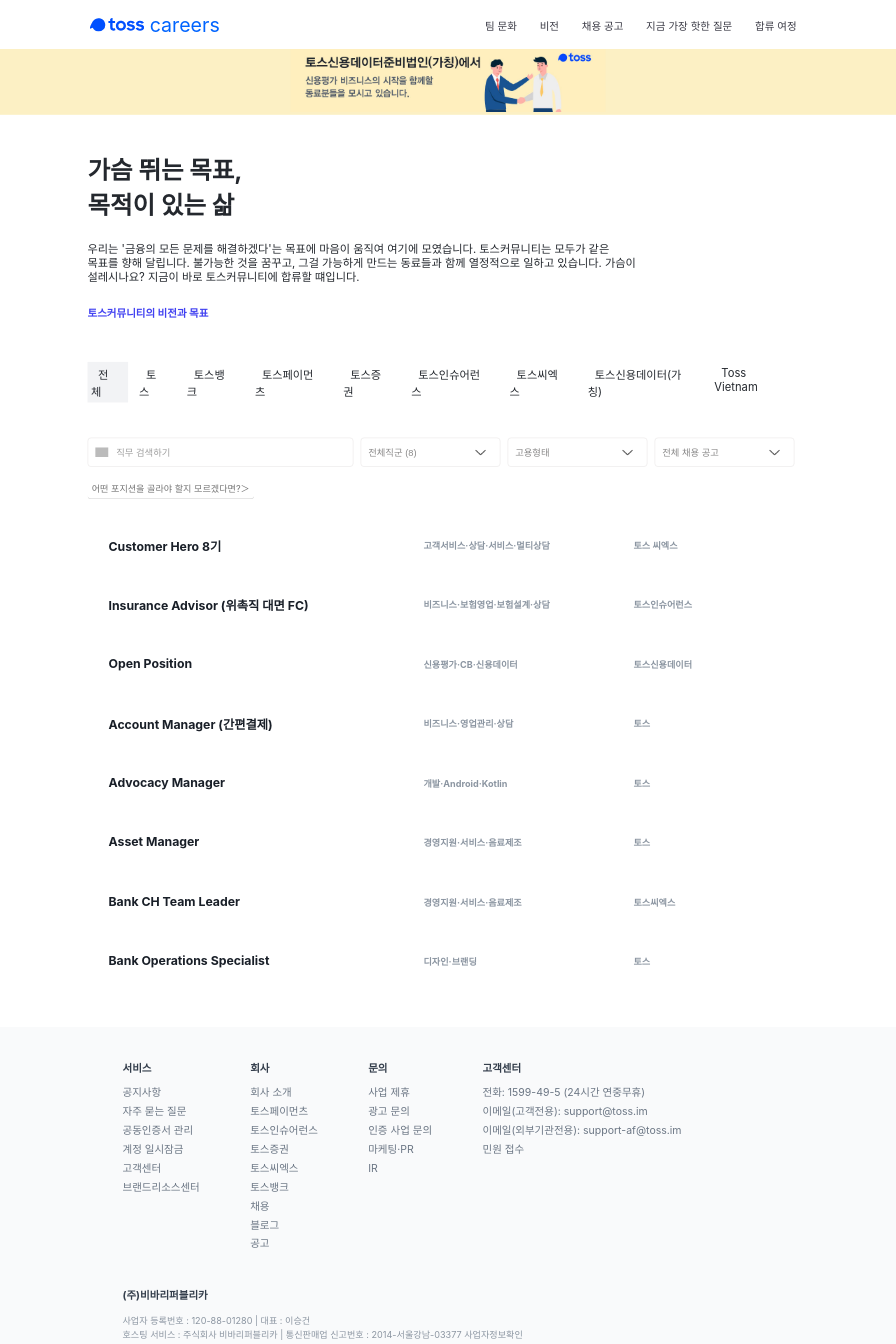
Repository: Tossproject/tossProject
Page: common/career_job.html
An editor plug-in stored every save of this project. The page is shown before and after a run of saves, followed by the edit.
The browser window is 1280 px wide. The pictures show the part of the page from y = 0 to 1920 px (the page is 2486 px tall before and 2468 px after), at 70% of full size.
Pictures or frames that could not be fetched are drawn as grey boxes. A picture or video elsewhere on the page could not be fetched, so the positions and the page height are approximate.

Above is the page before, as saved 2022-01-18 23:38:40.

### common/career_job.html
<!DOCTYPE html>
<html lang="ko">

<head>
    <meta charset="UTF-8">
    <meta http-equiv="X-UA-Compatible" content="IE=edge">
    <meta name="viewport" content="width=device-width, initial-scale=1.0">
    <title>토스채용</title>
    <link rel="stylesheet" href="../css/common.css">
    <link rel="stylesheet" href="../css/career_job.css">
    <link rel="shortcut icon" href="https://static.toss.im/tds/favicon/favicon.ico">
</head>
</head>

<body>
    <div class="container">
        <!-- header -->
        <header>
            <nav class="toss_nav">
                <div class="navicon">
                    <a href="#" class="logo"><img src="../images/logo.svg" alt="toss"><span> careers</span></a>
                    <div class="trigger">
                        <span class="icon"></span>
                        <span class="icon2"></span>
                    </div>
                </div>
                <ul>
                    <li><a href="#">팀 문화</a></li>
                    <li><a href="#">비전</a></li>
                    <li><a href="#">채용 공고</a></li>
                    <li><a href="#">지금 가장 핫한 질문</a></li>
                    <li><a href="#">합류 여정</a></li>
                </ul>
            </nav>
        </header>
        <!--섹션 1-->
        <section>
            <div class="banner">
                <a href="#">
                <div class="banner-center">
                   <img src="../images/career_banner.jpg" alt="토스신용데이터준비법인(가칭)에서 신용평가 비즈니스의 시작을 함꼐할 동료분들을 모시고 있습니다.">
                </div>
                 </a>
            </div>


        </section>

        <!--섹션 2-->
        <section>
            <div class="goal-box">
                <div class="goal-center">
                    <div class="goal-text">
                        <h1>가슴 뛰는 목표,<br>
                        목적이 있는 삶</h1>
                        <p>우리는 '금융의 모든 문제를 해결하겠다'는 목표에 마음이 움직여 여기에 모였습니다. 토스커뮤니티는 모두가 같은<br>
                        목표를 향해 달립니다. 불가능한 것을 꿈꾸고, 그걸 가능하게 만드는 동료들과 함께 열정적으로 일하고 있습니다. 가슴이<br>
                        설레시나요? 지금이 바로 토스커뮤니티에 합류할 떄입니다.</p>
                        <a href="#">토스커뮤니티의 비전과 목표</a>

                    </div>
                    <div class="list">
                        <ul>
                            <li class="div2 list-active"><a href="#">전체</a></li>
                            <li class="div2"><a href="#">토스</a></li>
                            <li class="div2"><a href="#">토스뱅크</a></li>
                            <li class="div2"><a href="#">토스페이먼츠</a></li>
                            <li class="div2"><a href="#">토스증권</a></li>
                            <li class="div2"><a href="#">토스인슈어런스</a></li>
                            <li class="div2"><a href="#">토스씨엑스</a></li>
                            <li class="div2"><a href="#">토스신용데이터(가칭)</a></li>
                            <li class="div2"><a href="#">Toss Vietnam</a></li>
                        </ul>

                    </div>

                </div>
            </div>

        </section>

        <!-- 섹션 3-->

        <section>
           <div class="input-box">
            <div class="input-center">
                <form class="all-box">
                    <input type="text" name="search" class="select" id="slect" placeholder="직무 검색하기">

                    <select name="select" id="select" >
                        <option value="Allselect">전체직군 (8)</option>
                        <option value="Communication" >Communication (3)</option>
                        <option value="CoreSystem">Core System (2)</option>
                        <option value="Business">Business (1)</option>
                        <option value="Data">Data (1)</option>
                        <option value="Design">Design (1)</option>



                    </select>

                    <select name="select" id="select" class="time-box">
                        <option value="고용형태">고용형태</option>
                        <option value="short">단기계약직</option>
                        <option value="정규직">정규직</option>
                        <option value="계약직">계약직</option>
                        <option value="위촉직">위촉직</option>
                    </select>

                    <select name="select" id="select">
                        <option value="전체 채용 공고">전체 채용 공고</option>
                        <option value="채용중인 공고">채용중인 공고</option>
                        <option value="인재풀">인재풀</option>


                    </select>

                </form>
                <a href="#">어떤 포지션을 골라야 할지 모르겠다면?＞</a>

                <div class="text-box">
                    <a href="#" class="servise">
                        <div class="hero">
                            <h3>Customer Hero 8기</h3>
                        </div>

                        <div class="customer">
                            <p>고객서비스·상담·서비스·멀티상담</p>
                        </div>

                        <div class="cx">
                            <p>토스 씨엑스</p>
                        </div>
                    </a>

                    <a href="#" class="servise">
                        <div class="hero">
                            <h3>Insurance Advisor (위촉직 대면 FC)</h3>
                        </div>
                        <div class="customer">
                            <p>비즈니스·보험영업·보험설계·상담</p>
                        </div>
                        <div class="cx">
                            <p>토스인슈어런스</p>
                        </div>
                    </a>

                    <a href="#" class="servise">
                        <div class="hero">
                            <h3>Open Position</h3>
                        </div>
                        <div class="customer">
                            <p>신용평가·CB·신용데이터</p>
                        </div>
                        <div class="cx">
                            <p>토스신용데이터</p>
                        </div>
                    </a>



                        <a href="#" class="core">
                            <div class="hero">
                                <h3>Account Manager (간편결제)</h3>
                            </div>
                            <div class="customer">
                                <p>비즈니스·영업관리·상담</p>
                            </div>
                            <div class="cx">
                                <p>토스</p>
                            </div>
                        </a>



                        <a href="#" class="core">
                            <div class="hero">
                                <h3>Advocacy Manager</h3>
                            </div>
                            <div class="customer">
                                <p>개발·Android·Kotlin</p>
                            </div>
                            <div class="cx">
                                <p>토스</p>
                            </div>
                        </a>



                        <a href="#" class="business">
                            <div class="hero">
                                <h3>Asset Manager</h3>
                            </div>
                            <div class="customer">
                                <p>경영지원·서비스·음료제조</p>
                            </div>
                            <div class="cx">
                                <p>토스</p>
                            </div>
                        </a>



                    <a href="#" class="special">
                        <div class="hero">
                            <h3>Bank CH Team Leader</h3>
                        </div>
                        <div class="customer">
                            <p>경영지원·서비스·음료제조</p>
                        </div>
                        <div class="cx">
                            <p>토스씨엑스</p>
                        </div>
                    </a>

                    <a href="#" class="design">
                        <div class="hero">
                            <h3>Bank Operations Specialist</h3>
                        </div>
                        <div class="customer">
                            <p>디자인·브랜딩</p>
                        </div>
                        <div class="cx">
                            <p>토스</p>
                        </div>
                    </a>




                </div>

                <div class="gif-center">
                    <img src="../images/icons8-square-spinner.gif">
                    <p>검색한 결과가 없습니다</p>
                    <a href="#">전체 채용 공고로 돌아가기</a>
                </div>


            </div>
           </div>


        </section>



        <!-- footer -->
        <footer>
            <div class="footerbox">

                <!-- footer_top -->
                <div class="footer_top">
                    <ul class="list_service">
                        <li class="title">서비스</li>
                        <li><a href="#">공지사항</a></li>
                        <li><a href="#">자주 묻는 질문</a></li>
                        <li><a href="#">공동인증서 관리</a></li>
                        <li><a href="#">계정 일시잠금</a></li>
                        <li><a href="#">고객센터</a></li>
                        <li><a href="#">브랜드리소스센터</a></li>
                    </ul>
                    <ul class="list_company">
                        <li class="title">회사</li>
                        <li><a href="#">회사 소개</a></li>
                        <li><a href="#">토스페이먼츠</a></li>
                        <li><a href="#">토스인슈어런스</a></li>
                        <li><a href="#">토스증권</a></li>
                        <li><a href="#">토스씨엑스</a></li>
                        <li><a href="#">토스뱅크</a></li>
                        <li><a href="#">채용</a></li>
                        <li><a href="#">블로그</a></li>
                        <li><a href="#">공고</a></li>
                    </ul>
                    <ul class="list_inquire">
                        <li class="title">문의</li>
                        <li><a href="#">사업 제휴</a></li>
                        <li><a href="#">광고 문의</a></li>
                        <li><a href="#">인증 사업 문의</a></li>
                        <li><a href="#">마케팅·PR</a></li>
                        <li><a href="#">IR</a></li>
                    </ul>
                    <ul class="list_center">
                        <li class="title">고객센터</li>
                        <li><a href="#">전화: 1599-49-5 (24시간 연중무휴)</a></li>
                        <li><a href="#">이메일(고객전용): support@toss.im</a></li>
                        <li><a href="#">이메일(외부기관전용): support-af@toss.im</a></li>
                        <li><a href="#">민원 접수</a></li>
                    </ul>
                </div>

                <!-- footer_bottom -->
                <div class="footer_bottom">
                    <!-- footer_bottom_infobox -->
                    <div class="infobox">
                        <p><strong>(주)비바리퍼블리카</strong></p>
                        <p>
                            사업자 등록번호 : 120-88-01280 | 대표 : 이승건<br>
                            호스팅 서비스 : 주식회사 비바리퍼블리카 | 통신판매업 신고번호 : 2014-서울강남-03377 <a href="#">사업자정보확인</a><br>
                            06236 서울특별시 강남구 테헤란로 142, 12층 (역삼동, 아크플레이스)<br>
                            고객센터 : 서울특별시 강남구 테헤란로 133, 8층 (역삼동, 한국타이어빌딩)
                        </p>
                    </div>

                    <!-- footer_bottom_smaillListbox -->
                    <div class="smallListbox">
                        <ul class="smallList">
                            <li><a href="#">서비스 이용약관</a></li>
                            <li><a href="#">통합 금융정보 서비스 약관</a></li>
                            <li><a href="#">이용자의 권리 및 유의사항</a></li>
                            <li><a href="#"><strong>개인정보 처리방침</strong></a></li>
                            <li><a href="#"><strong>채용팀 개인정보 처리방침</strong></a></li>
                            <li><a href="#">영상정보처리기기 운영 관리 방침</a></li>
                            <li><a href="#">위치기반서비스 이용약관</a></li>
                            <li><a href="#">가맹점 고지사항</a></li>
                            <li><a href="#">토스 전자서명인증업무준칙</a></li>
                            <li><a href="#">토스인증 서비스 약관</a></li>
                            <li><a href="#">금융소비자보호</a></li>
                        </ul>
                    </div>

                    <!-- footer_bottom_snsbox -->
                    <div class="snsbox">
                        <ul class="sns">
                            <li><a href="#"><img src="../images/icn-facebook.svg"></a></li>
                            <li><a href="#"><img src="../images/icn-blog.svg"></a></li>
                            <li><a href="#"><img src="../images/icn-naver.svg"></a></li>
                            <li><a href="#"><img src="../images/icn-twitter.svg"></a></li>
                            <li><a href="#"><img src="../images/icn-instagram.svg"></a></li>
                        </ul>
                    </div>
                </div>
            </div>
        </footer>
    </div>

    <script src="https://code.jquery.com/jquery-3.6.0.min.js"
        integrity="sha256-/xUj+3OJU5yExlq6GSYGSHk7tPXikynS7ogEvDej/m4=" crossorigin="anonymous"></script>
    <script>
        /* nav */
        $(".trigger").on("click", function () {

            if ($(".icon2").css("display") == "none") {
                $(".icon2").css("display", "block").css("backgroundSize", "100% 21px").css("transform", "translate(-50%, -50%) rotate(45deg)");
                $(".icon").css("backgroundSize", "100% 21px").css("transform", "translate(15%, 71%) rotate(-45deg)");
                $(".toss_nav ul").slideDown(300, "swing");

            } else if ($(".icon2").css("display") == "block") {
                $(".icon2").css("display", "none");
                $(".icon").css("backgroundSize", "100% 8px").css("transform", "none");
                $(".toss_nav ul").slideUp(300, "swing");
            }
        });
    /* nav */


        $("#select").on("change",function(){
            // 사용자가 옵션을 바꿧는지 테스트
            // console.log("옵션이 바뀌었습니다.");
            if( $("#select").val() == "Communication" ){
                $(".servise").show();
                $(".data").hide();
                $(".design").hide();
                $(".special").hide();
                $(".core").hide();
                $(".business").hide();

            } else if( $("#select").val() == "CoreSystem"){
                $(".servise").hide();
                $(".data").hide();
                $(".design").hide();
                $(".special").hide();
                $(".core").show();
                $(".business").hide();
            } else if( $("#select").val() == "Business"){
                $(".servise").hide();
                $(".data").hide();
                $(".design").hide();
                $(".special").hide();
                $(".core").hide();
                $(".business").show();
            } else if( $("#select").val() == "Data"){
                $(".servise").hide();
                $(".data").hide();
                $(".design").hide();
                $(".special").show();
                $(".core").hide();
                $(".business").hide();
            } else if( $("#select").val() == "Design"){
                $(".servise").hide();
                $(".data").hide();
                $(".design").show();
                $(".special").hide();
                $(".core").hide();
                $(".business").hide();
            } else if( $("#select").val() == "Allselect"){
                $(".servise").show();
                $(".data").show();
                $(".design").show();
                $(".special").show();
                $(".core").show();
                $(".business").show();
            }
        });





    /* select */

        // 클래스 이름이 div2를 호출하였고 이 호출한 값을 div2에 저장하였음
        var div2 = document.getElementsByClassName("div2");


        // handleClick(이름은 사용자가 지정) 이라는 함수에
        // event라는 매게변수가 들어가있음
        function handleClick(event){


            console.log(event.target);

            console.log(event.target.classList);

            if(event.target.classList[1] === "clicked"){
                event.target.classList.remove("clicked");
            } else {
                for(var i = 0; i < div2.length; i++){
                    div2[i].classList.remove("clicked");
                }
                event.target.classList.add("clicked");
            }

        }

        // init이라는 함수를 동작을 할건데
        function init(){
            // 반복문 for을 이용하여 div2의 클래스의 갯수를 정해주었고
            for (var i = 0; i < div2.length; i++){
                // div2[0]번째의 이벤트를 등록을 할건데
                // 클릭을했을때 위에있는 handleClick 이벤트가 발생을 할것임
                div2[i].addEventListener("click",
                handleClick);
            }
        }
        init();


    </script>
</body>

</html>

### css/career_job.css
header nav.toss_nav .navicon a {
  color: rgb(0, 100, 255);
  text-decoration: none;
}
header nav.toss_nav .navicon a span {
  font-size: 28px;
}
header nav.toss_nav ul li a:hover {
  background-color: rgba(2, 32, 71, 0.05);
  border-radius: 10px;
  color: #3b3b46;
}

.banner {
  width: 100%;
  background-color: rgb(252, 240, 196);
}

.banner-center {
  width: 450px;
  margin: 0 auto;
}

.banner img {
  width: 100%;
  height: auto;
  margin-top: 60px;
}

/* secrion 1 */

.goal-center {
  width: 1030px;
  margin: 50px auto;
}
.goal-text {
  margin-bottom: 60px;
}
.goal-text h1 {
  font-size: 35px;
  color: #24282e;
  margin-bottom: 30px;
}
.goal-text p {
  margin-bottom: 30px;
  font-size: 16px;
  color: #24282e;
  line-height: 20px;
}
.goal-text a {
  color: rgb(66, 66, 241);
  text-decoration: none;
  font-weight: bold;
  font-size: 15px;
}
.goal-text a:hover {
  color: rgb(40, 40, 199);
}
.list ul {
  display: flex;
}
.list ul li {
  margin-right: 10px;
  padding: 5px;
}
.list ul li.list-active {
  color: #191f28;
  background-color: rgba(2, 32, 71, 0.05);
}

.list ul li a {
  color: #24282e;

  padding: 10px;
  border-radius: 20px;
}
.input-center {
  width: 1030px;
  margin: 50px auto;
}
.all-box {
  display: flex;
  position: relative;
  margin-bottom: 20px;
}
#select {
  padding: 5px 10px;
  box-sizing: border-box;
}
.select {
  width: 380px;
  height: 30px;
  padding: 20px 20px 20px 40px;
  background: url(../images/glass.png) no-repeat center left 10px;
  background-size: 5%;
  filter: opacity(0.7);
  border-radius: 5px;
  border: 1px solid rgb(228, 225, 225);
  outline-color: rgb(33, 33, 243);
}
.select:hover {
  border: 1px solid rgb(97, 97, 238);
}
#select {
  width: 200px;
  border-radius: 5px;
  margin-left: 10px;
  border: 1px solid rgb(228, 225, 225);
  color: #575656;
  appearance: none;
  background: url(../images/down.png) no-repeat right 20px center;
  background-size: 15px;

  filter: opacity(0.7);
}

#select:hover {
  border: 1px solid rgb(97, 97, 238);
}
option {
  font-size: 19px;
  inline-size: 20px;
  padding: 10px;
}

.input-center a {
  text-decoration: none;
  color: rgb(117, 117, 117);
  font-size: 13px;
  padding-bottom: 5px;
  border-bottom: 1px solid #ccc;
  padding: 6px;
  border-radius: 5px;
}
.input-center a:hover {
  background-color: #f2f2f2;
}

.text-box {
  display: flex;
  flex-direction: column;
  margin-top: 30px;
}
.text-box a {
  display: flex;
  flex-direction: row;
  padding: 30px;
  text-decoration: none;
  border-bottom: none;
}
.hero {
  color: rgb(25, 31, 40);
  font-size: 15px;
  width: 300px;
  margin-right: 150px;
}

.customer {
  color: rgb(139, 149, 161);
  line-height: 25px;
  width: 250px;
  margin-right: 50px;
  font-weight: bold;
  font-size: 13px;
}
.cx {
  color: rgb(139, 149, 161);
  line-height: 25px;
  font-weight: bold;
  font-size: 13px;
}
.gif-center {
  display: flex;
  flex-direction: column;
  text-align: center;
  margin-top: 40px;
  display: none;
}
.gif-center img {
  margin: auto;
  width: 100px;
  height: 100px;
  margin-bottom: 30px;
}
.gif-center p {
  font-size: 15px;
  margin-bottom: 30px;
  font-weight: bold;
  color: #24282e;
}

.gif-center a {
  width: 200px;
  margin: auto;
  padding: 20px;
  border-bottom: none;
  background-color: rgba(69, 147, 252, 0.12);
  color: rgb(56, 56, 241);
  font-weight: bold;
}
.gif-center a:hover {
  background-color: rgba(14, 118, 255, 0.12);
}

Loaded but not shown: css/common.css (370 lines, source omitted)

After the next 4 saves:
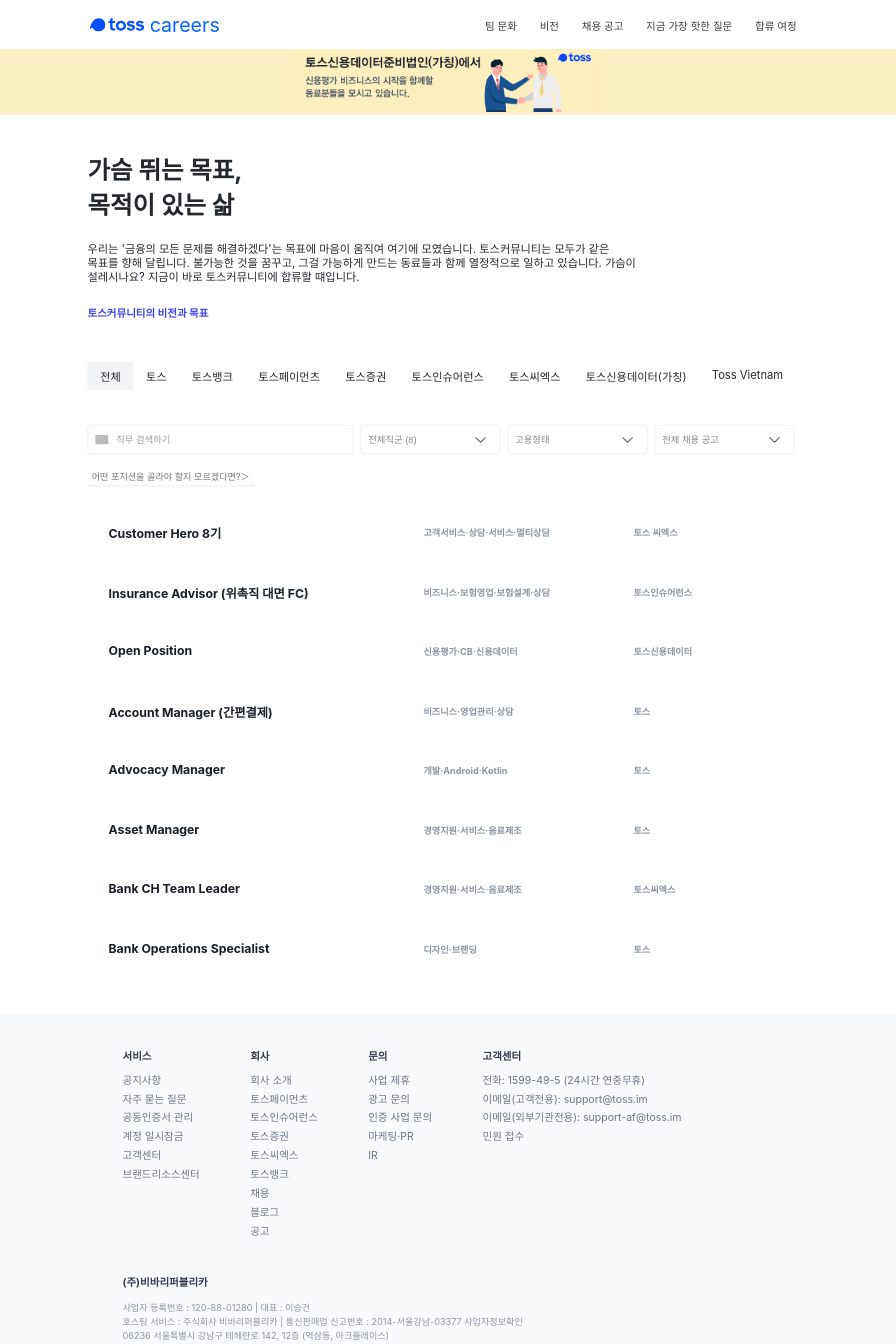
The 4 saves are shown as one change because they came seconds apart.
The last was saved 32 s later.
--- a/css/career_job.css
+++ b/css/career_job.css
@@ -60,8 +60,7 @@
   display: flex;
 }
 .list ul li {
-  margin-right: 10px;
-  padding: 5px;
+  padding: 8px;
 }
 .list ul li.list-active {
   color: #191f28;
